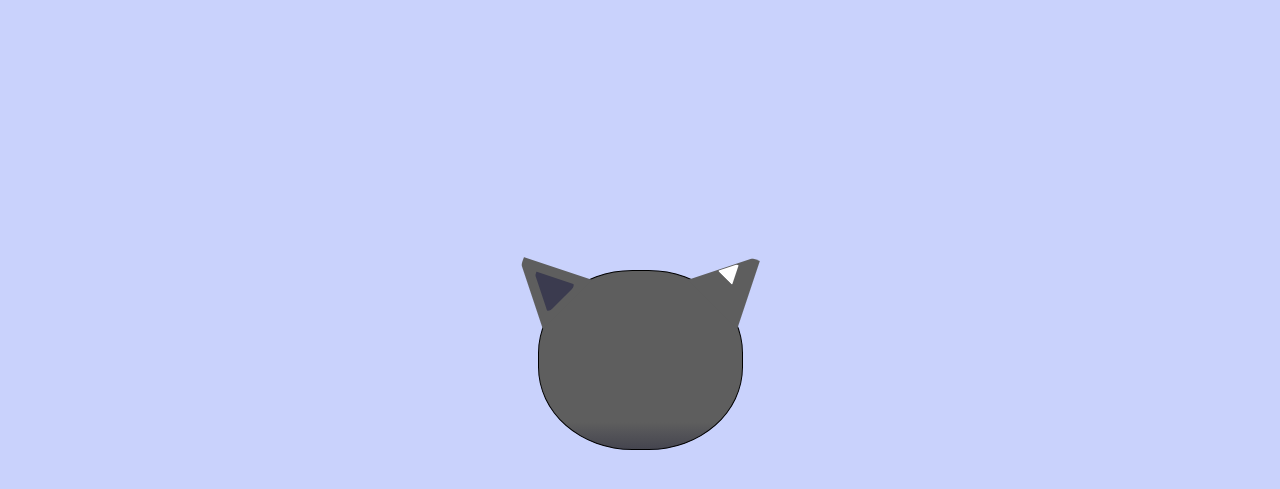
Repository: Lungdjos/cat_painting
Page: index.html
An editor plug-in stored every save of this project. The page is shown before and after a run of saves, followed by the edit.
The browser window is 1280 px wide. The pictures show the whole page.

Above is the page before, as saved 2023-11-08 16:52:40.

After the next 2 saves:
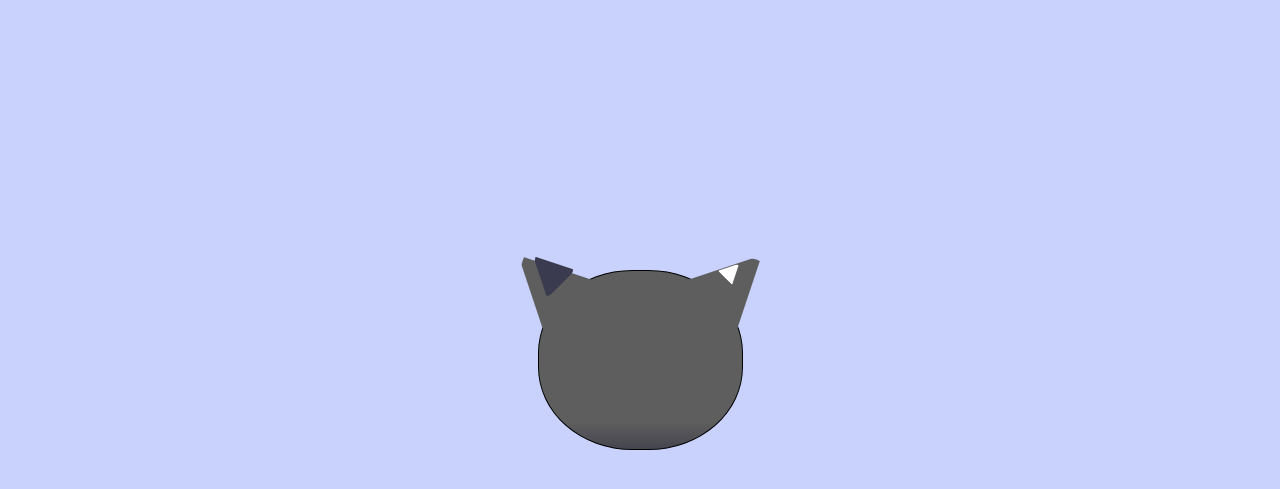
The 2 saves are shown as one change because they came seconds apart.
The last was saved 56 s later.
--- a/styles.css
+++ b/styles.css
@@ -77,8 +77,8 @@ body {
     border-right: 20px solid transparent;
     border-bottom: 40px solid #3b3b4f;
     position: absolute;
-    top: 22px;
-    left: -20px;
+    top: 11px;
+    left: -10px;
     border-top-right-radius: 10px;
     border-top-left-radius: 90px;
     border-bottom-left-radius: 40%;
